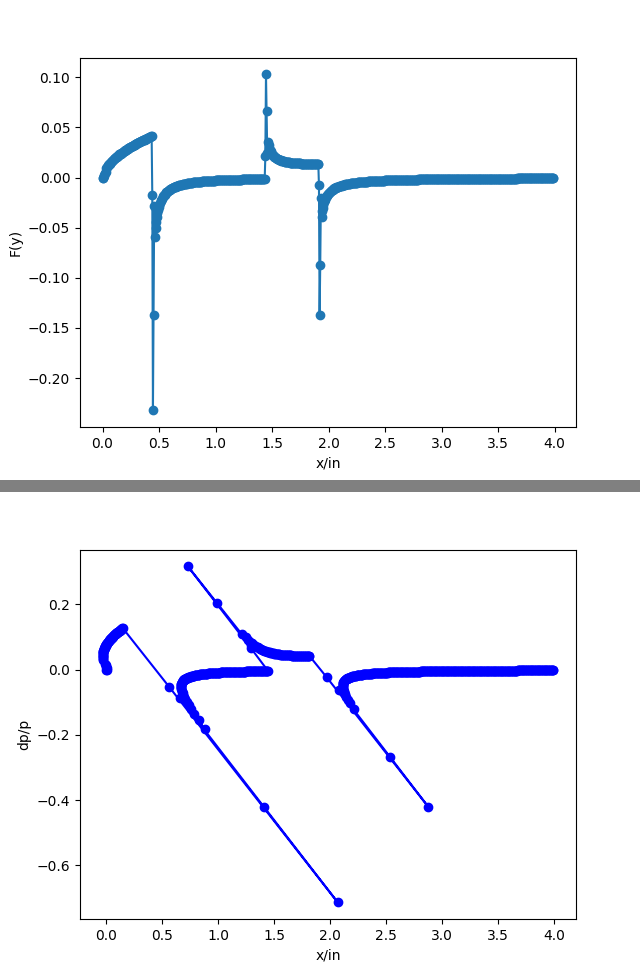
Repository: leiradom/Modified-linear-theory
Script's output: python 2_F_function.py
The author's editor kept a copy of each file at every save. The script's output is drawn from the files as they stood at one save, then again after the next save.
Each picture stacks the figures in order, with grey between them; figures that are only written to a file come last. Random numbers start from a fixed seed.

Above is the script's output before, as saved 2021-04-17 10:58:02.

After the next save:
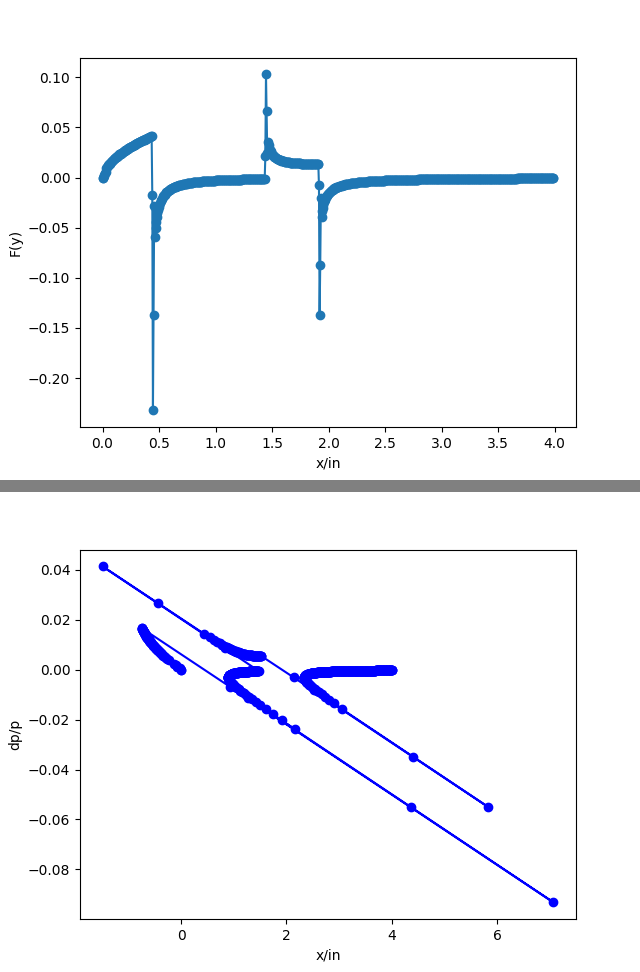
Saved 2 min 3 s later.
--- a/2_F_function.py
+++ b/2_F_function.py
@@ -7,12 +7,12 @@ import numpy as np
 import matplotlib.pyplot as plt
 
 
-M = 1.7                    #输入马赫数
+M = 1.26                    #输入马赫数
 P0 = 101325                 #输入大气静压
 gama = 1.4                  #比热比
 B = math.sqrt(M * M - 1)    #修正因子
 k = (1 / math.sqrt(2)) * (gama + 1) * M**4 * B**(-1.5)   #特征性系数k
-r0 = 0.6299                      #r0为计算的位置  DWB为63.072  model1为20 2、3为10
+r0 = 20                      #r0为计算的位置  DWB为63.072  model1为20 2、3为10
 con = (gama * M**2)/(math.sqrt(2 * B * r0))   #最后用来求压力的
 
 volume = np.loadtxt("se.txt",dtype=np.float64)   #存放体积分布的数据文件
